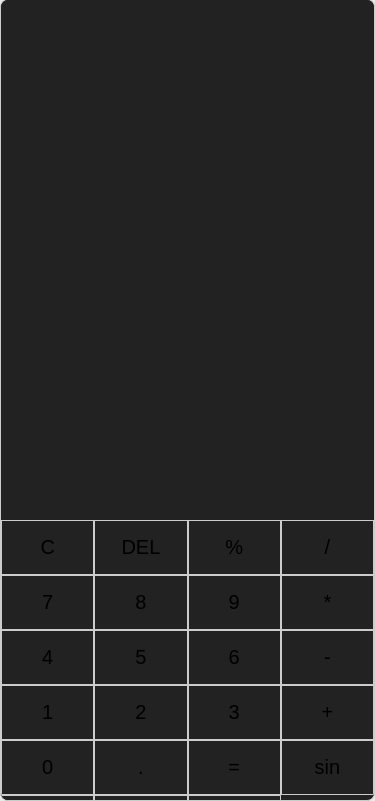
Repository: JuliusMonday/myCalculator
Page: index.html
An editor plug-in stored every save of this project. The page is shown before and after a run of saves, followed by the edit.
The browser window is 375 px wide. The pictures show the whole page.

Above is the page before, as saved 2024-05-31 08:57:17.

### index.html
<!DOCTYPE html>
<html lang="en">
<head>
    <meta charset="UTF-8">
    <meta name="viewport" content="width=device-width, initial-scale=1.0">
    <title>JuliusCalc - Scientific Calculator</title>
    <link rel="stylesheet" href="styles.css">
</head>
<body>
    <div class="calculator">
        <div class="display">
            <input type="text" id="result" disabled>
        </div>
        <div class="buttons">
            <button onclick="clearDisplay()">C</button>
            <button onclick="deleteChar()">DEL</button>
            <button onclick="appendChar('%')">%</button>
            <button onclick="appendChar('/')">/</button>

            <button onclick="appendChar('7')">7</button>
            <button onclick="appendChar('8')">8</button>
            <button onclick="appendChar('9')">9</button>
            <button onclick="appendChar('*')">*</button>

            <button onclick="appendChar('4')">4</button>
            <button onclick="appendChar('5')">5</button>
            <button onclick="appendChar('6')">6</button>
            <button onclick="appendChar('-')">-</button>

            <button onclick="appendChar('1')">1</button>
            <button onclick="appendChar('2')">2</button>
            <button onclick="appendChar('3')">3</button>
            <button onclick="appendChar('+')">+</button>

            <button onclick="appendChar('0')">0</button>
            <button onclick="appendChar('.')">.</button>
            <button onclick="calculate()">=</button>

            <button onclick="appendChar('Math.sin(')">sin</button>
            <button onclick="appendChar('Math.cos(')">cos</button>
            <button onclick="appendChar('Math.log(')">log</button>
            <button onclick="appendChar('Math.sqrt(')">√</button>
        </div>
        <marquee><p><b>JuliusCalc||</b> <em>Created by Julius</em></p></marquee>
    </div>
    <script src="index.js"></script>
</body>
</html>

### styles.css
body {
    display: flex;
    justify-content: center;
    align-items: center;
    height: 100vh;
    background-color: #f0f0f0;
    font-family: 'Arial', sans-serif;
    margin: 0;
}

.calculator {
    width: 300px;
    border: 1px solid #ccc;
    border-radius: 8px;
    overflow: hidden;
    box-shadow: 0 0 10px rgba(0, 0, 0, 0.1);
    background-color: #ffffff;
}

.display {
    background-color: #222;
    color: #fff;
    padding: 0;
    font-size: 24px;
    position: relative;
    height: 60px;
    display: flex;
    align-items: flex-end;
    padding-right: 10px;
}

.display input {
    width: 100%;
    border: none;
    background: none;
    color: #fff;
    text-align: right;
    font-size: 24px;
    padding: 0;
    box-sizing: border-box;
    line-height: 60px;
    height: 60px;
}

.buttons {
    display: grid;
    grid-template-columns: repeat(4, 1fr);
}

button {
    padding: 20px;
    font-size: 18px;
    border: 1px solid #ccc;
    background-color: #fff;
    cursor: pointer;
    transition: background-color 0.2s;
}

button:hover {
    background-color: #f0f0f0;
}

button:active {
    background-color: #ddd;
}

/* Responsive Design */
@media (max-width: 600px) {
    .calculator {
        width: 100%;
        height: 100%;
        border-radius: 5;
        background-color:#222;
    }
    .display {
        padding: 10px;
        font-size: 20px;
        height: 500px;
        /* margin-bottom: 100px; */
    }
    button {
        padding: 15px;
        font-size: 20px;
        background-color:#222;
        color: #
    }
    body{

    }
}

### index.js
// script.js

function appendChar(char) {
    document.getElementById('result').value += char;
}

function clearDisplay() {
    document.getElementById('result').value = '';
}

function deleteChar() {
    let currentDisplay = document.getElementById('result').value;
    document.getElementById('result').value = currentDisplay.slice(0, -1);
}

function calculate() {
    try {
        let expression = document.getElementById('result').value;

        // Automatically close any opened parentheses
        let openParenthesisCount = (expression.match(/\(/g) || []).length;
        let closeParenthesisCount = (expression.match(/\)/g) || []).length;
        let missingCloseParenthesis = openParenthesisCount - closeParenthesisCount;

        for (let i = 0; i < missingCloseParenthesis; i++) {
            expression += ')';
        }

        let result = eval(expression);
        document.getElementById('result').value = result;
    } catch (error) {
        document.getElementById('result').value = 'Error';
    }
}

After the next 2 saves:
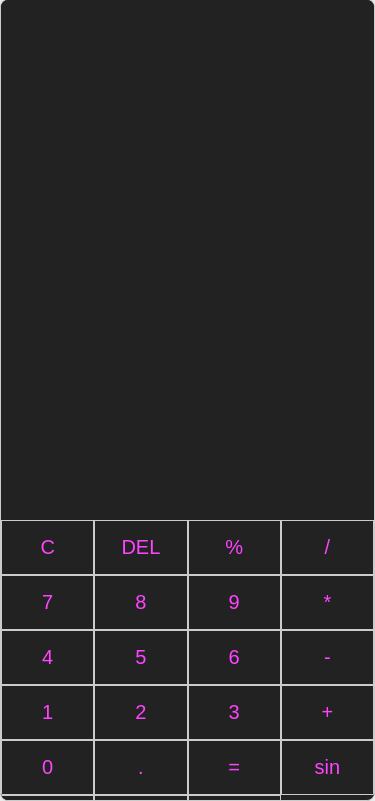
The 2 saves are shown as one change because they came seconds apart.
The last was saved 6 s later.
--- a/styles.css
+++ b/styles.css
@@ -82,7 +82,7 @@ button:active {
         padding: 15px;
         font-size: 20px;
         background-color:#222;
-        color: #
+        color: #f4f
     }
     body{
 
